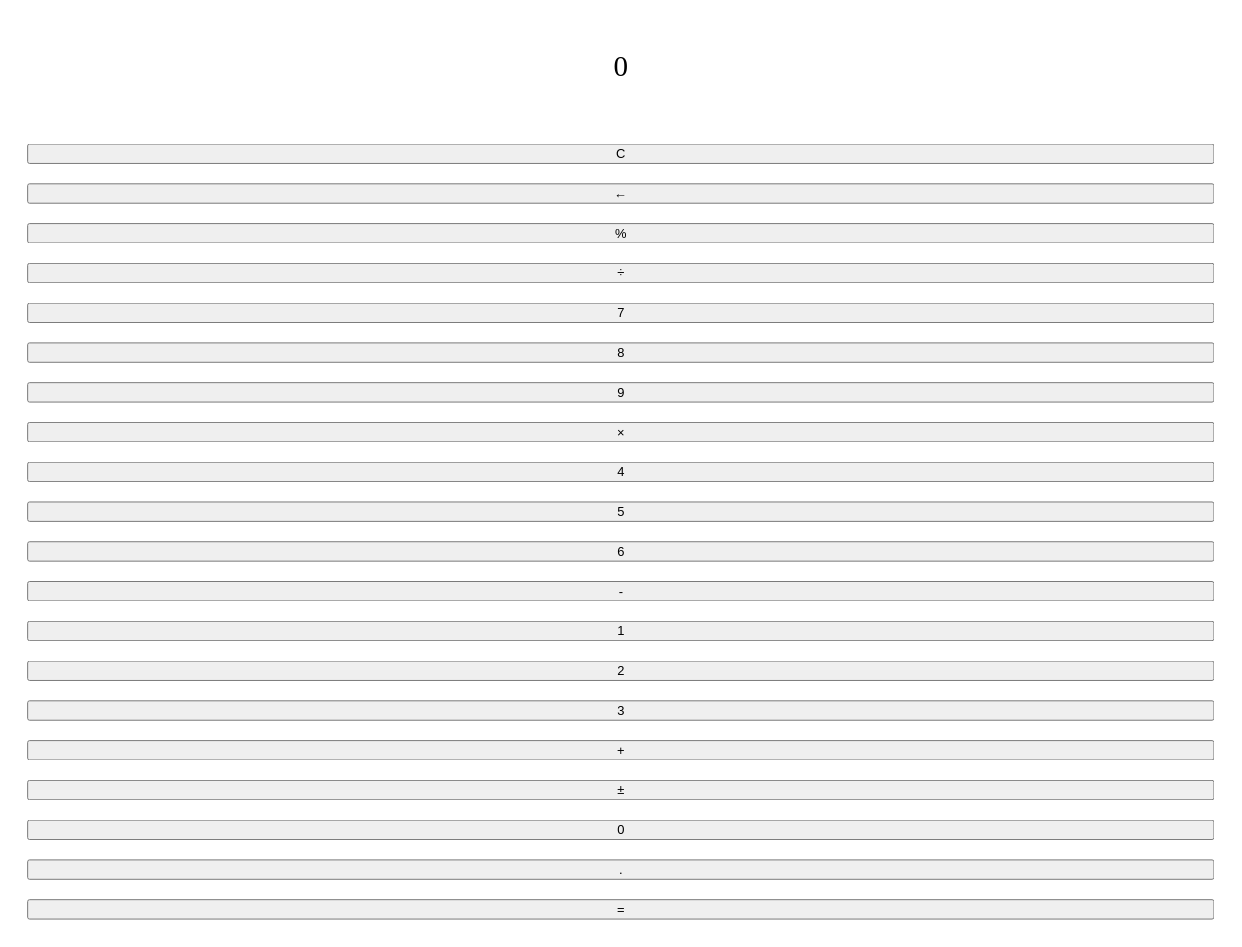
Repository: TEazy2433/LAB-calculator
Page: index.html
The author's editor kept a copy of each file at every save. The page is drawn from the files as they stood at one save, then again after the next save.
The browser window is 1280 px wide. The pictures show the whole page, at 97% of full size.

Above is the page before, as saved 2023-10-12 16:58:58.

After the next save:
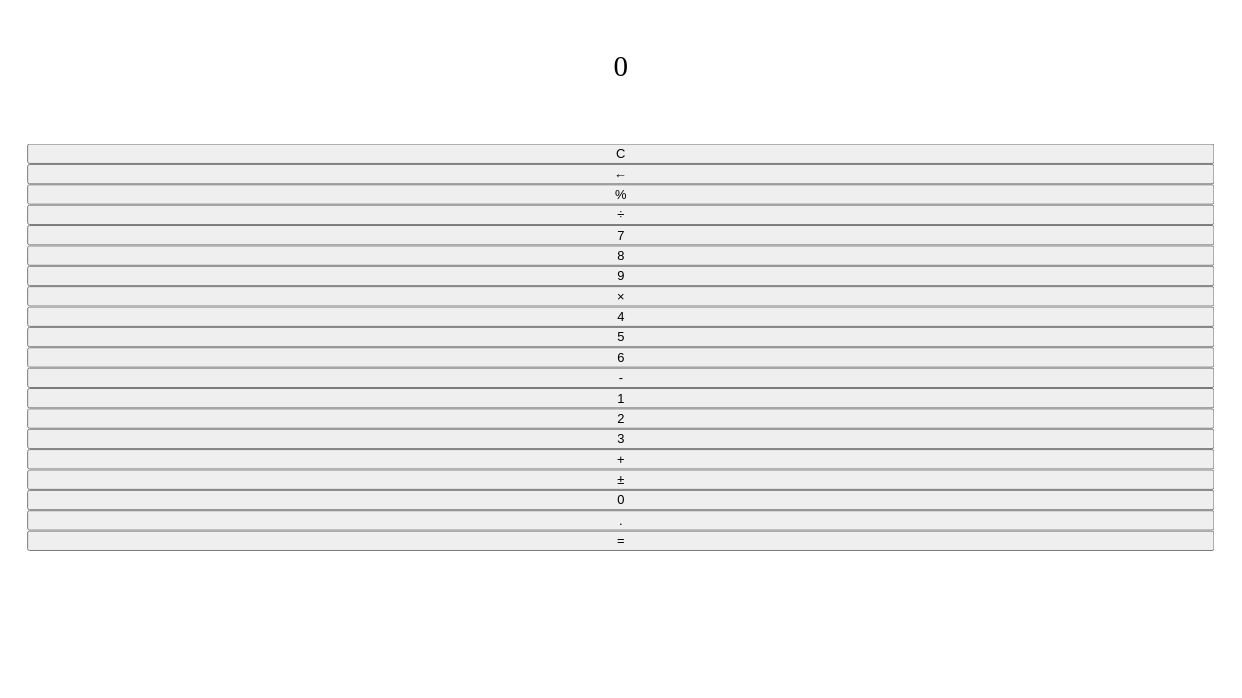
Saved 48 s later.
--- a/main.css
+++ b/main.css
@@ -14,7 +14,7 @@
 
 .buttons{
   display: grid;
-  grid-template-columns: repeat(5);
+  grid-template-columns: repeat(5)
   grid-gap: 20px;
   padding: 20px;
 }
